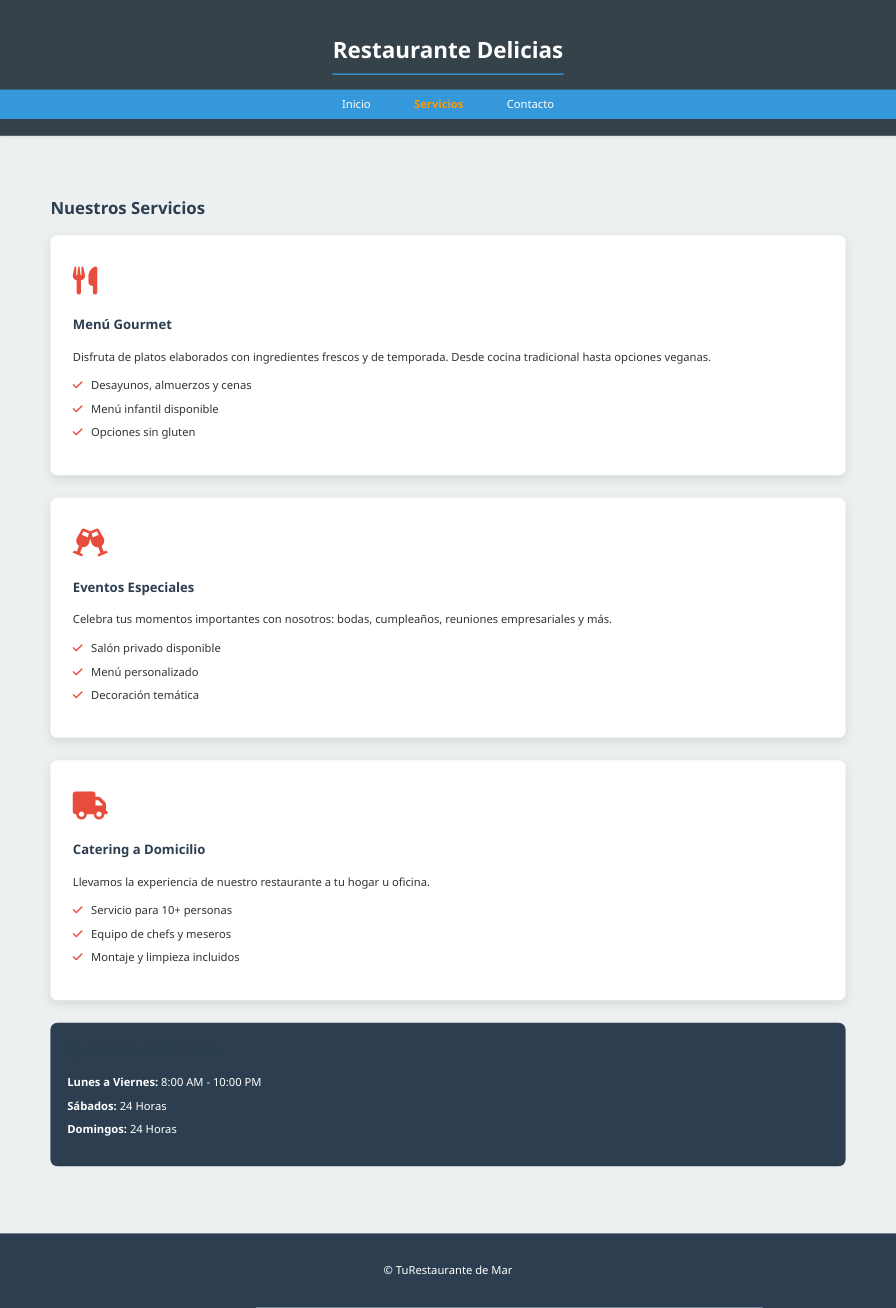
Repository: Sevanjo/Pagina_web
Page: HTML/servicios.html
An editor plug-in stored every save of this project. The page is shown before and after the next save, followed by the edit.
The browser window is 1280 px wide. The pictures show the whole page, at 70% of full size.

Above is the page before, as saved 2025-05-04 18:27:07.
Console error: TypeError: Cannot read properties of null (reading 'addEventListener')

After the next save:
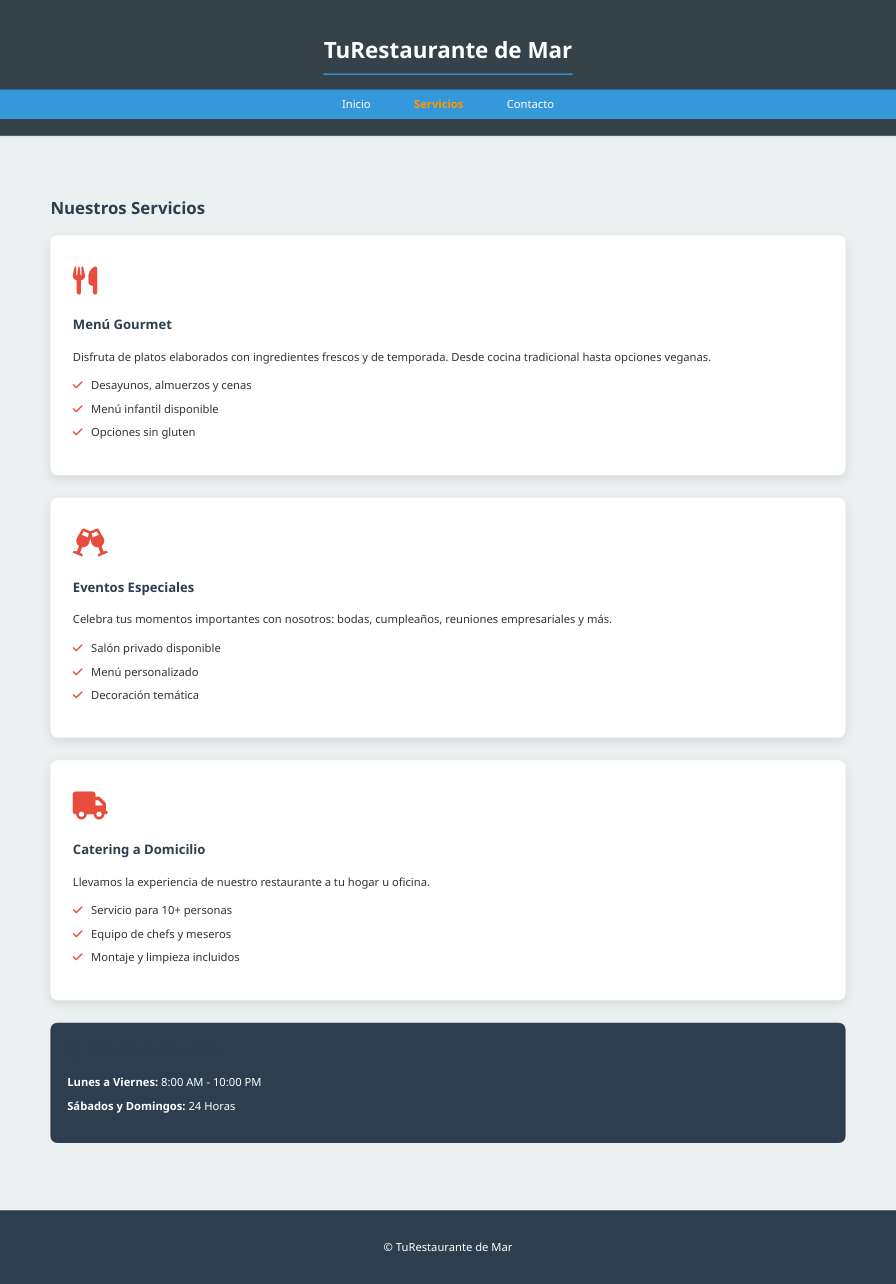
Saved 35 s later.
--- a/HTML/servicios.html
+++ b/HTML/servicios.html
@@ -9,7 +9,7 @@
 </head>
 <body>
     <header>
-        <h1>Restaurante Delicias</h1>
+        <h1>TuRestaurante de Mar</h1>
         <nav>
             <ul>
                 <li><a href="index.html">Inicio</a></li>
@@ -70,8 +70,7 @@
                 <h3><i class="far fa-clock"></i> Horario de Atención</h3>
                 <ul>
                     <li><strong>Lunes a Viernes:</strong> 8:00 AM - 10:00 PM</li>
-                    <li><strong>Sábados:</strong> 24 Horas</li>
-                    <li><strong>Domingos:</strong> 24 Horas</li>
+                    <li><strong>Sábados y Domingos:</strong> 24 Horas</li>
                 </ul>
             </div>
         </section>
